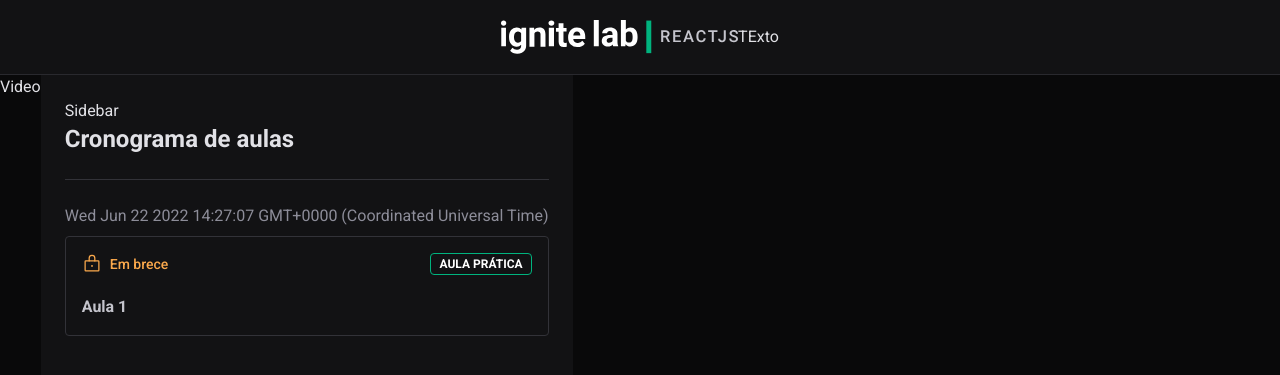
Repository: weltergab/Event_Plataform-IgniteLab
Page: /
The author's editor kept a copy of each file at every save. The page is drawn from the files as they stood at one save, then again after the next save.
The browser window is 1280 px wide. The pictures show the whole page.
The page's requests for data from a server got no answer. The project was rebuilt for these pictures with package versions that can differ from the ones it lists, and the page was loaded fresh each time. No one was signed in, and anything a server would have sent is missing. Also part of the build but not shown: vite.config.ts.

Above is the page before, as saved 2022-06-24 17:15:20.

### index.html
<!DOCTYPE html>
<html lang="en">

<head>
  <meta charset="UTF-8" />
  <link rel="icon" type="image/svg+xml" href="/src/favicon.svg" />
  <meta name="viewport" content="width=device-width, initial-scale=1.0" />

  <link rel="preconnect" href="https://fonts.googleapis.com" />
  <link rel="preconnect" href="https://fonts.gstatic.com" crossorigin />
  <link href="https://fonts.googleapis.com/css2?family=Roboto:wght@400;500;700&display=swap" rel="stylesheet" />

  <title>Event Plataform</title>
</head>

<body>
  <div id="root"></div>
  <script type="module" src="/src/main.tsx"></script>
</body>

</html>

### src/main.tsx
import { ApolloProvider } from '@apollo/client'
import React from 'react'
import ReactDOM from 'react-dom/client'
import App from './App'
import { client } from './lib/apollo';

import './styles/global.css'

ReactDOM.createRoot(document.getElementById('root')!).render(
  <ApolloProvider client={client}>
    <React.StrictMode>
    <App />
    </React.StrictMode>
  </ApolloProvider>

)

### src/App.tsx
import { gql, useQuery } from '@apollo/client'
import { useState } from 'react'

import { Event } from './pages/Event'


const GET_LESSONS_QUERY = gql`
  query {
    lessons {
      id
      title
    }

  }
`




function App() {
  const { data } = useQuery(GET_LESSONS_QUERY)

  console.log(data);





  const [count, setCount] = useState(0)

  return (
    <div className="All">
      <Event />
    </div>

  )
}

export default App

### src/lib/apollo.ts
import { ApolloClient, InMemoryCache } from "@apollo/client";

export const client = new ApolloClient({
    uri: 'https://api-sa-east-1.graphcms.com/v2/cl4pywx0h2kp101xtf4npbpzl/master',
    cache: new InMemoryCache()
})

### src/pages/Event.tsx
import { Header } from "../components/Header";
import { Sidebar } from "../components/Sidebar";
import { Video } from "../components/Video";

export function Event() {
    return (
        <div className="flex flex-col min-h-screen">
            <Header />
            <main className="flex flex-1">
                <Video />
                <Sidebar />
            </main>
        </div>
    )
}

### src/components/Header.tsx
import { Logo } from "./Logo";

export function Header(){
    return (
        <header className="w-full py-5 flex items-center justify-center bg-gray-700 border-b border-gray-600">
            <Logo />
            TExto
        </header>
    )
}

### src/components/Sidebar.tsx
import { Lesson } from "./Lesson";

export function Sidebar() {
    return (
        <aside className="w-[348] bg-gray-700 p-6 border-1 border-gray-600">
            <h1>Sidebar</h1>
            <span className="font-bold text-2xl pb-6 mb-6 border-b border-gray-500 block">
                Cronograma de aulas
            </span>
            <div className="flex flex-col gab-8">
                <Lesson
                title="Aula 1"
                slug="aula-1"
                availableAt={new Date()}
                type="class"
                />
            </div>
        </aside>
    )
}

### src/components/Video.tsx
export function Video(){
    return (
        <h1>Video</h1>
    )
}

### src/components/Logo.tsx
export function Logo() {
  return (
    <svg
      xmlns="http://www.w3.org/2000/svg"
      width="237"
      height="34"
      fill="none"
      viewBox="0 0 237 34"
    >
      <path
        fill="#fff"
        d="M.002 3.112a2.49 2.49 0 01.165-.987c.12-.314.304-.595.535-.83A2.906 2.906 0 012.615.572c.698 0 1.374.257 1.912.723.23.24.412.524.536.837a2.701 2.701 0 010 1.979 2.568 2.568 0 01-.536.837 2.889 2.889 0 01-1.907.723 2.901 2.901 0 01-1.908-.723 2.458 2.458 0 01-.538-.84 2.645 2.645 0 01-.172-.996zm4.96 23.146H.273V7.862h4.689v18.397zM8.012 16.973c0-2.853.686-5.145 2.055-6.883a6.653 6.653 0 015.528-2.606 5.869 5.869 0 014.802 2.09l.2-1.751h4.538v17.95a7.891 7.891 0 01-1.12 4.246 7.243 7.243 0 01-3.147 2.752 11.155 11.155 0 01-4.742.94c-1.378 0-2.74-.279-4.008-.812a7.08 7.08 0 01-2.946-2.11l2.208-3.02a5.905 5.905 0 004.543 2.08 4.356 4.356 0 003.104-1.059 3.938 3.938 0 001.103-2.993v-.994a5.775 5.775 0 01-4.555 1.935 6.647 6.647 0 01-3.05-.652 6.615 6.615 0 01-2.408-1.967c-1.397-1.752-2.085-4.089-2.085-6.942v-.21h-.025l.005.006zm4.997.355a6.723 6.723 0 001.026 3.956 3.233 3.233 0 002.799 1.443c.651.045 1.3-.088 1.878-.39a3.52 3.52 0 001.396-1.305v-7.825a3.448 3.448 0 00-1.374-1.305 3.504 3.504 0 00-1.86-.39 3.28 3.28 0 00-1.61.365 3.22 3.22 0 00-1.219 1.103c-.688.975-1.036 2.418-1.036 4.348zM33.098 7.833l.158 2.196a6.527 6.527 0 012.371-1.927 6.38 6.38 0 012.971-.62c1.97 0 3.438.597 4.39 1.79.953 1.194 1.456 2.936 1.486 5.293v12.249h-4.962V14.683a3.367 3.367 0 00-.684-2.344 3.086 3.086 0 00-1.069-.598 3.008 3.008 0 00-1.211-.13 3.349 3.349 0 00-1.821.454c-.553.32-1.01.794-1.313 1.367v13.37H28.45V7.845l4.647-.012zM47.512 3.112a2.304 2.304 0 01.185-.988 2.42 2.42 0 01.59-.831A3.439 3.439 0 0150.404.57c.772 0 1.52.256 2.117.723.508.486.792 1.142.792 1.826 0 .683-.284 1.34-.792 1.826a3.417 3.417 0 01-2.11.723c-.77 0-1.517-.257-2.11-.723a2.47 2.47 0 01-.594-.839 2.342 2.342 0 01-.19-.994h-.005zm5.483 23.149h-5.18V7.86h5.18v18.4zM62.454 3.334v4.612h3.107v3.677h-3.107v9.382c-.05.53.091 1.063.395 1.495a1.824 1.824 0 001.473.45c.476.002.95-.035 1.421-.114v3.803a9.672 9.672 0 01-2.939.449c-3.398 0-5.128-1.775-5.19-5.32V11.644h-2.642V7.968h2.643V3.356h4.841v-.025l-.002.003zM76.487 27.08a9.277 9.277 0 01-6.759-2.55c-1.74-1.699-2.605-3.957-2.605-6.797v-.494a11.295 11.295 0 011.098-5.08 8.141 8.141 0 013.111-3.465 8.72 8.72 0 014.59-1.22c2.577 0 4.62.815 6.098 2.449 1.478 1.633 2.226 3.94 2.226 6.929v2.055h-12.01a4.665 4.665 0 001.473 2.971 4.487 4.487 0 003.111 1.111 5.426 5.426 0 004.548-2.115l2.476 2.781a7.506 7.506 0 01-3.07 2.507 9.81 9.81 0 01-4.287.916v.002zm-.594-15.514a3.127 3.127 0 00-2.428 1.012 5.405 5.405 0 00-1.188 2.912h7.006v-.405a3.749 3.749 0 00-.908-2.608 3.252 3.252 0 00-2.45-.908h-.03l-.002-.003zM97.771 26.259h-4.957V0h4.957V26.26zM112.209 26.259c-.227-.444-.392-.997-.496-1.659-1.196 1.333-2.751 2.002-4.666 2.002-1.811 0-3.314-.523-4.504-1.572-1.191-1.049-1.786-2.372-1.786-3.966 0-1.96.725-3.464 2.179-4.513 1.453-1.049 3.553-1.58 6.3-1.59h2.273v-1.06c0-.854-.22-1.54-.659-2.051-.44-.513-1.131-.77-2.078-.77-.832 0-1.486.2-1.957.6-.474.4-.708.945-.708 1.64h-4.941c0-1.07.331-2.062.992-2.973.662-.91 1.597-1.626 2.804-2.144 1.206-.518 2.564-.778 4.069-.778 2.28 0 4.089.573 5.429 1.718 1.34 1.145 2.009 2.756 2.009 4.83v8.017c.012 1.754.256 3.082.735 3.983v.29h-4.992l-.003-.004zm-4.086-3.435c.728 0 1.402-.163 2.016-.486.614-.326 1.071-.76 1.367-1.308v-3.181h-1.846c-2.472 0-3.79.854-3.948 2.564l-.017.291c0 .614.217 1.123.649 1.523.434.4 1.026.6 1.779.6v-.003zM136.58 17.183c0 2.963-.632 5.273-1.898 6.931-1.265 1.659-3.032 2.488-5.3 2.488-2.006 0-3.608-.77-4.805-2.308l-.222 1.967h-4.444V.001h4.94v9.418c1.14-1.332 2.638-2 4.496-2 2.256 0 4.025.828 5.308 2.487 1.283 1.658 1.923 3.992 1.923 7v.274l.002.003zm-4.94-.358c0-1.868-.296-3.233-.889-4.094-.592-.861-1.475-1.29-2.65-1.29-1.572 0-2.655.643-3.247 1.932v7.299c.604 1.298 1.697 1.95 3.282 1.95 1.584 0 2.643-.788 3.146-2.36.239-.752.358-1.897.358-3.437z"
      ></path>
      <path
        fill="#C4C4CC"
        d="M164.51 17.501h-2.283v4.53h-2.048v-11.78h4.143c1.36 0 2.408.306 3.149.915.74.61 1.108 1.493 1.108 2.648 0 .787-.19 1.449-.57 1.98-.38.532-.911.94-1.59 1.226l2.646 4.906v.106h-2.194l-2.364-4.531h.003zm-2.283-1.65h2.105c.691 0 1.229-.176 1.619-.524.39-.348.582-.824.582-1.429 0-.604-.18-1.12-.538-1.466-.358-.345-.893-.523-1.606-.533h-2.162V15.85zM179.066 16.773h-4.839v3.625h5.656v1.634h-7.704V10.25h7.648v1.65h-5.6v3.253h4.839v1.62zM189.803 19.29h-4.565l-.955 2.744h-2.127l4.452-11.783h1.836l4.459 11.783h-2.137l-.963-2.744zm-3.99-1.65h3.415l-1.707-4.89-1.708 4.89zM204.716 18.197c-.119 1.256-.583 2.238-1.392 2.941-.81.703-1.885 1.056-3.228 1.056-.938 0-1.764-.222-2.48-.668-.715-.445-1.266-1.079-1.656-1.898-.387-.82-.589-1.772-.607-2.858v-1.1c0-1.11.198-2.09.59-2.937.392-.846.96-1.5 1.695-1.96.736-.458 1.587-.688 2.554-.688 1.301 0 2.347.353 3.139 1.057.792.703 1.254 1.7 1.385 2.99h-2.039c-.096-.846-.343-1.458-.74-1.833-.397-.375-.977-.563-1.745-.563-.89 0-1.574.326-2.05.977-.479.652-.721 1.605-.733 2.863v1.044c0 1.273.227 2.245.683 2.917.457.668 1.123 1.004 2.004 1.004.805 0 1.409-.18 1.814-.543.405-.363.661-.962.77-1.804h2.038l-.002.003zM216.481 11.902h-3.674v10.132h-2.031V11.902h-3.642V10.25h9.347v1.65zM222.759 10.251h2.039v8.262c0 1.127-.353 2.023-1.057 2.687-.703.664-1.633.995-2.788.995-1.229 0-2.179-.311-2.848-.93-.669-.62-1.004-1.484-1.004-2.59h2.038c0 .627.156 1.096.467 1.412.31.316.76.474 1.347.474.55 0 .989-.183 1.315-.545.326-.366.489-.867.489-1.51V10.25h.002zM234.952 18.999c0-.518-.183-.918-.545-1.197-.363-.279-1.022-.563-1.972-.849-.95-.286-1.705-.604-2.265-.955-1.074-.674-1.612-1.555-1.612-2.638 0-.95.388-1.732 1.163-2.347.774-.614 1.779-.922 3.015-.922.819 0 1.55.15 2.194.454a3.597 3.597 0 011.513 1.29c.367.558.55 1.177.55 1.858h-2.038c0-.614-.193-1.095-.578-1.443-.385-.348-.938-.524-1.656-.524-.668 0-1.189.144-1.557.43-.37.286-.555.686-.555 1.197 0 .432.2.792.6 1.08.399.29 1.056.57 1.974.842.918.271 1.653.582 2.208.93.556.348.963.748 1.222 1.197.259.452.387.977.387 1.582 0 .982-.375 1.762-1.127 2.342-.753.58-1.775.87-3.063.87a5.755 5.755 0 01-2.352-.473c-.715-.316-1.27-.75-1.668-1.308-.397-.555-.594-1.204-.594-1.942h2.048c0 .669.222 1.187.664 1.555.441.367 1.075.55 1.902.55.713 0 1.246-.143 1.607-.432.357-.288.538-.671.538-1.145l-.003-.002z"
      ></path>
      <path fill="#00B37E" d="M150.271 33.146h-4.958V.57h4.958v32.576z"></path>
    </svg>
  );
}

### src/components/Lesson.tsx
import { CheckCircle, Lock } from 'phosphor-react'

interface LessonProps {
    title: string;
    slug: string;
    availableAt: Date;
    type: 'live' | 'class';
}

export function Lesson(props: LessonProps) {
    const isLessonAvailable = false;
    return (
        <a href="#">
            <span className='text-gray-300'>
                {props.availableAt.toString()}
            </span>

            <div className="rounded border border-gray-500 p-4 mt-2">
                <header className="flex items-center justify-between">
                    {isLessonAvailable ? (
                        <span className="text-sm text-blue-500 font-medium flex items-center gap-2">
                        <CheckCircle size={20} />
                        Conteudo liberado
                    </span>
                    ) : (
                        <span className="text-sm text-orange-500 font-medium flex items-center gap-2">
                        <Lock size={20} />
                        Em brece
                    </span>
                    )}
                    <span className="text-xs rounded py-[0.125rem] px-2 text-white border border-green-300 font-bold">
                        {props.type === 'live'? 'AO VIVO' : 'AULA PRÁTICA'}
                    </span>
                </header>
                <strong className="text-gray-200 mt-5 block">
                    {props.title}
                </strong>
            </div>
        </a>

    )
}

Loaded but not shown: src/styles/global.css (common file); tailwind.config.js (common file)

After the next save:
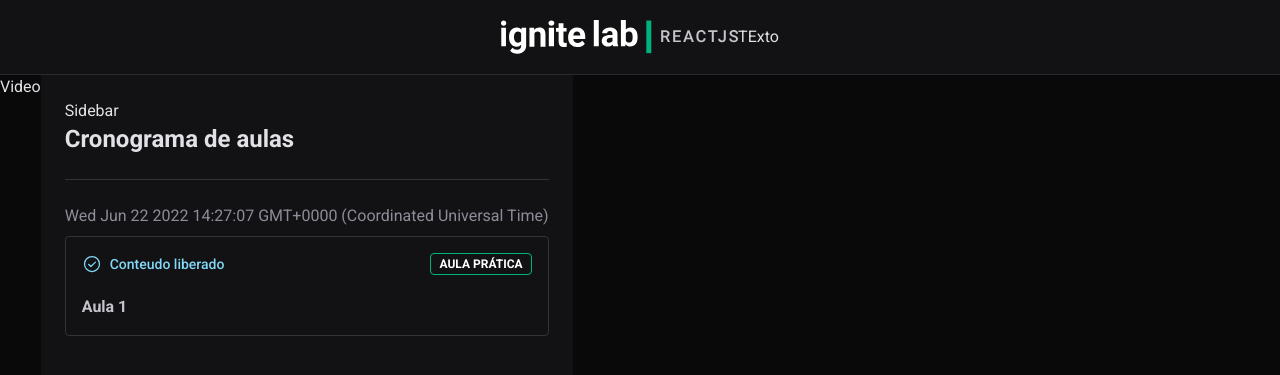
Saved 61 s later.
--- a/src/components/Lesson.tsx
+++ b/src/components/Lesson.tsx
@@ -8,7 +8,7 @@
 }
 
 export function Lesson(props: LessonProps) {
-    const isLessonAvailable = false;
+    const isLessonAvailable = true;
     return (
         <a href="#">
             <span className='text-gray-300'>
